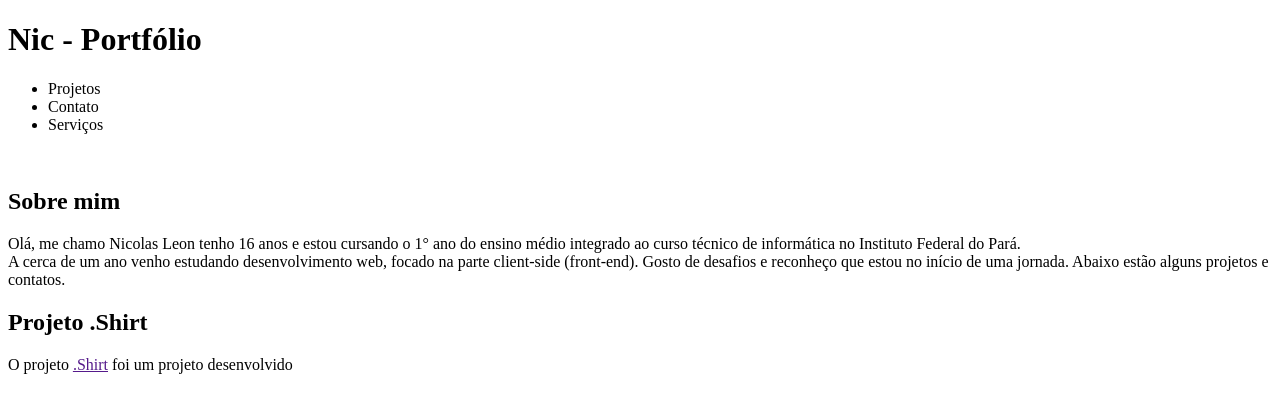
Repository: Leonngc/portfolio
Page: index.html
An editor plug-in stored every save of this project. The page is shown before and after the next save, followed by the edit.
The browser window is 1280 px wide. The pictures show the whole page.

Above is the page before, as saved 2022-12-02 09:54:47.

### index.html
<!DOCTYPE html>
<html lang="en">

<head>
    <meta charset="UTF-8">
    <meta http-equiv="X-UA-Compatible" content="IE=edge">
    <meta name="viewport" content="width=device-width, initial-scale=1.0">
    <meta name="keywords" content="portfolio, web, dev, website, desenvolvedor">
    <meta name="description" content="Meu portfolio de desenvolvedor web">
    <title>Nic Portfólio</title>
</head>

<body>
    <header>
        <h1>Nic - Portfólio</h1>
        <nav class="menu">
            <ul>
                <li>Projetos</li>
                <li>Contato</li>
                <li>Serviços</li>
            </ul>
        </nav>
    </header>
    <section>
        <span>
            <img src="" alt="">
        </span>
    </section>

    <section>
        <h2>Sobre mim</h2>
        <p>Olá, me chamo Nicolas Leon tenho 16 anos e estou cursando o 1° ano do ensino médio integrado ao curso técnico de informática no Instituto Federal do Pará. <br> A cerca de um ano venho estudando desenvolvimento web, focado na parte client-side (front-end). Gosto de desafios e reconheço que estou no início de uma jornada. Abaixo estão alguns projetos e contatos.</p>
    </section>

    <section>
        <h2>Projeto .Shirt</h2>
        <p>O projeto <a href="">.Shirt</a> foi  um projeto desenvolvido </p>
    </section>

</body>

</html>

After the next save:
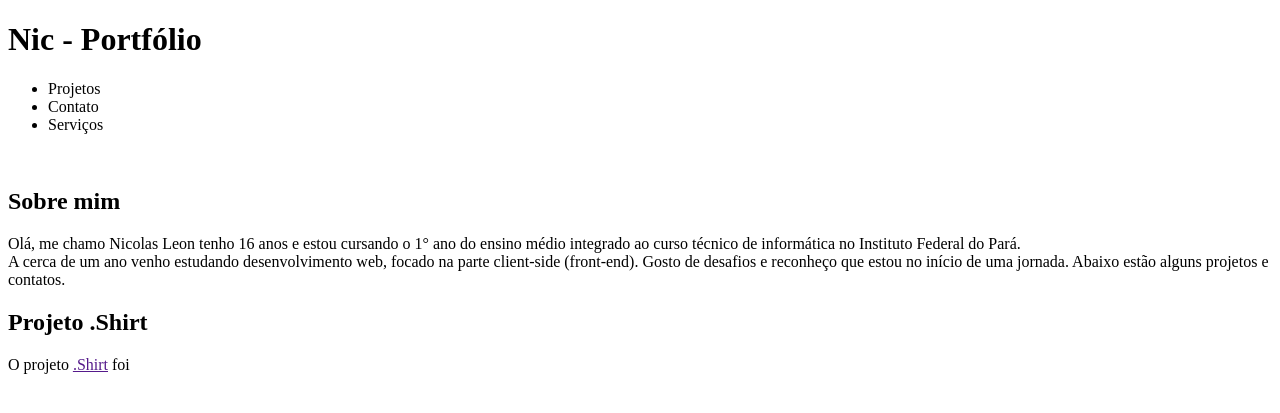
Saved 17 s later.
--- a/index.html
+++ b/index.html
@@ -34,7 +34,7 @@
 
     <section>
         <h2>Projeto .Shirt</h2>
-        <p>O projeto <a href="">.Shirt</a> foi  um projeto desenvolvido </p>
+        <p>O projeto <a href="">.Shirt</a> foi </p>
     </section>
 
 </body>
